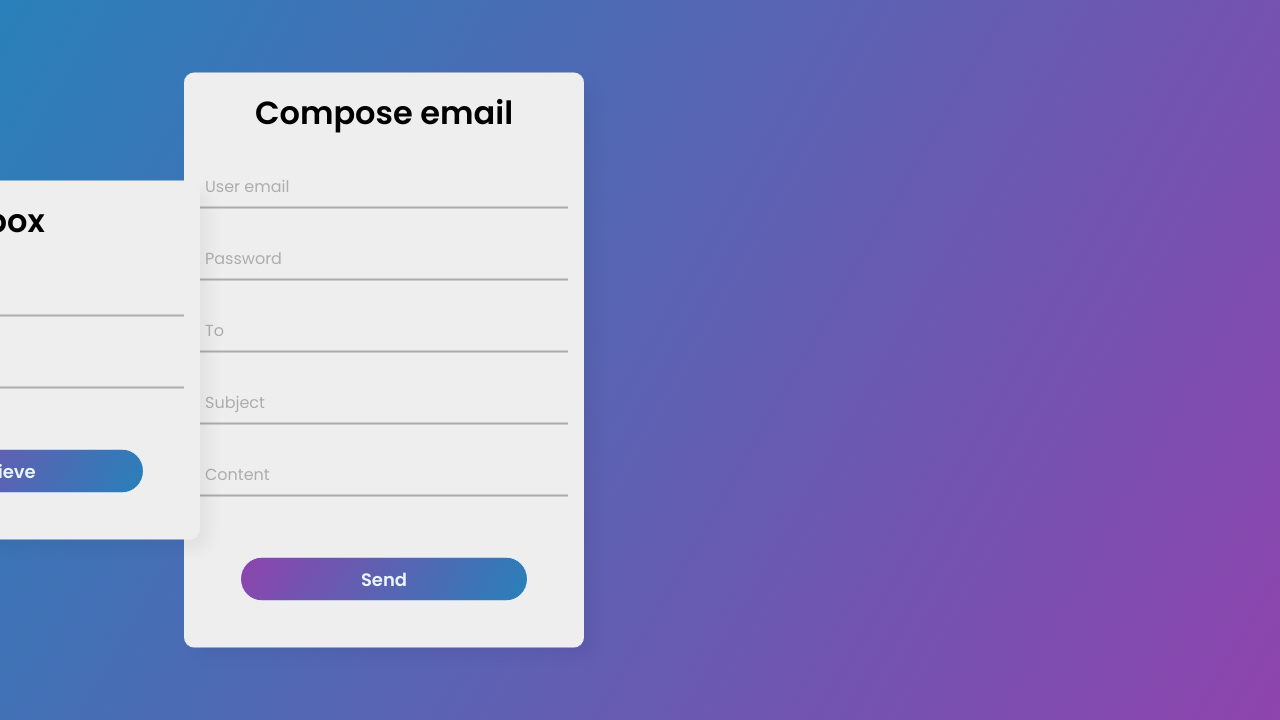
Repository: 20PW01-Abishek/Mail-EZ-in-JAVA
Page: Java package/javapackage/src/main/webapp/index.html
The author's editor kept a copy of each file at every save. The page is drawn from the files as they stood at one save, then again after the next save.
The browser window is 1280 px wide. The pictures show the whole page.

Above is the page before, as saved 2022-11-06 05:21:07.

After the next save:
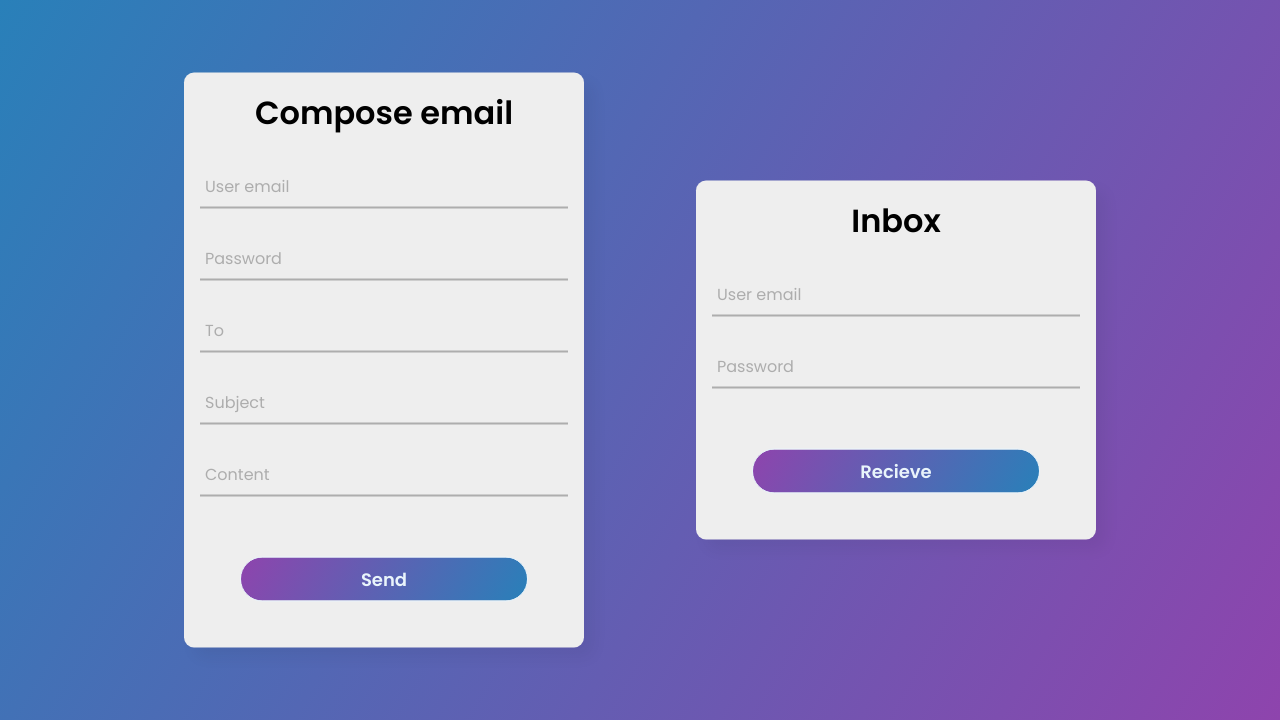
Saved 18 s later.
--- a/Java package/javapackage/src/main/webapp/style1.css
+++ b/Java package/javapackage/src/main/webapp/style1.css
@@ -35,7 +35,7 @@ body{
   vertical-align: middle;
   position: absolute;
   top: 50%;
-  left: 70%%;
+  left: 70%;
   transform: translate(-50%, -50%);
   width: 400px;
   background: #eee;
